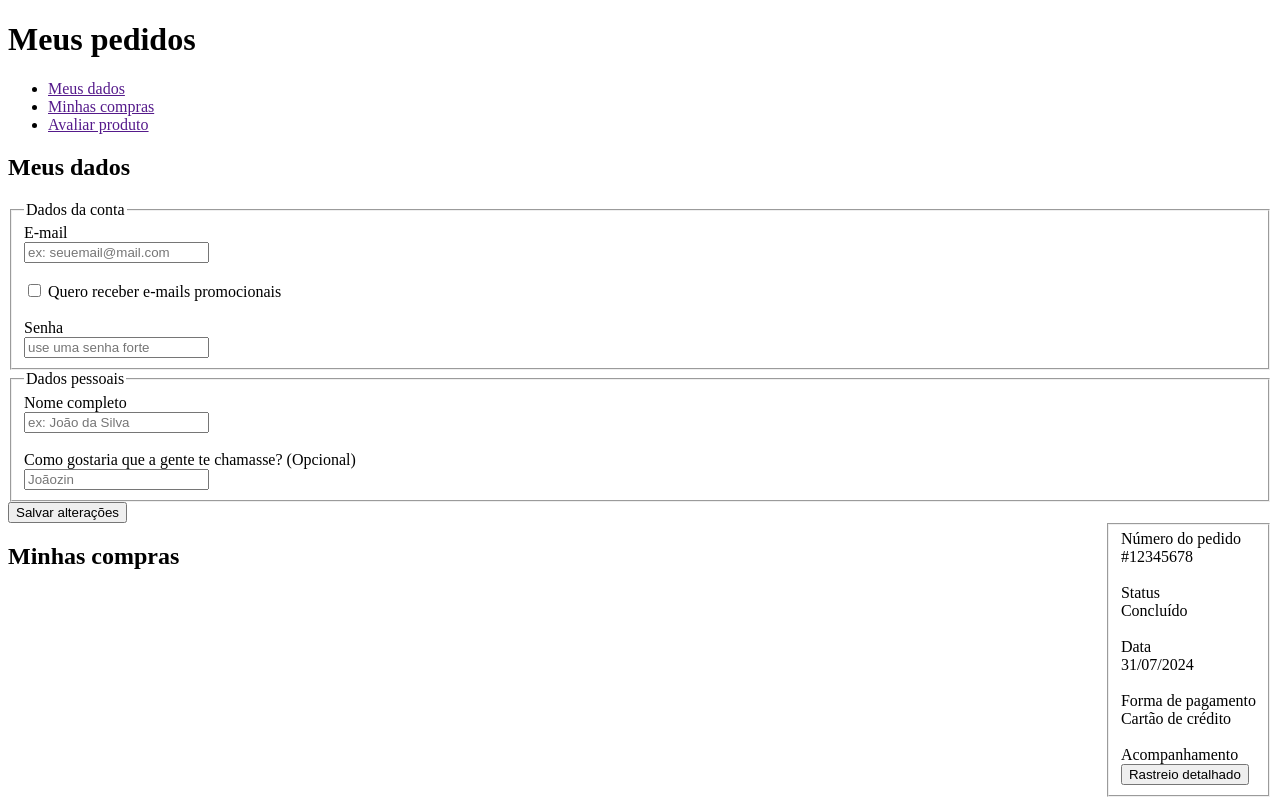
Repository: claudemir-camargo/site-compras
Page: index.html
The author's editor kept a copy of each file at every save. The page is drawn from the files as they stood at one save, then again after the next save.
The browser window is 1280 px wide. The pictures show the whole page.

Above is the page before, as saved 2024-03-03 14:10:54.

### index.html
<!DOCTYPE html>
<html lang="en">
<head>
    <meta charset="UTF-8">
    <meta name="viewport" content="width=device-width, initial-scale=1.0">
    <link rel="stylesheet" type="text/css" href="css/style.css"/>
    <title>Site de Compras</title>
</head>
<body>
    <h1>Meus pedidos</h1>
    <ul>
        <li><a href="">Meus dados</a></li>
        <li><a href="">Minhas compras</a></li>
        <li><a href="">Avaliar produto</a></li>
    </ul>
    <h2>Meus dados</h2>
    <!-- Conta -->
    <fieldset>
        <legend>Dados da conta</legend>
        <form>
            <label>E-mail</label><br>
            <input type="email" id="email" name="email" placeholder="ex: seuemail@mail.com"><br><br>
            <input type="checkbox">
            <label>Quero receber e-mails promocionais</label><br><br>
            <label>Senha</label><br>
            <input type="password" placeholder="use uma senha forte">
        </form>
    </fieldset>
    <!-- Pessoais -->
    <fieldset>
        <legend>Dados pessoais</legend>
        <form>
            <label>Nome completo</label><br>
            <input type="text" placeholder="ex: João da Silva"><br><br>
            <label>Como gostaria que a gente te chamasse? (Opcional) </label><br>
            <input type="text" placeholder="Joãozin">
        </form>
    </fieldset>
    <button type="button">Salvar alterações</button>
    <!-- MInhas compras -->
    <div class="container">
        <h2>Minhas compras</h2>
        <fieldset>
            Número do pedido<br>
            #12345678<br><br>
            Status<br>
            Concluído<br><br>
            Data<br>
            31/07/2024<br><br>
            Forma de pagamento<br>
            Cartão de crédito<br><br>
            Acompanhamento<br>
            <button>Rastreio detalhado</button>
            </fieldset>
    </div>



</body>
</html>

### css/style.css
.container {
    display: flex;
    flex-direction: row;
    justify-content: space-between;
}

After the next save:
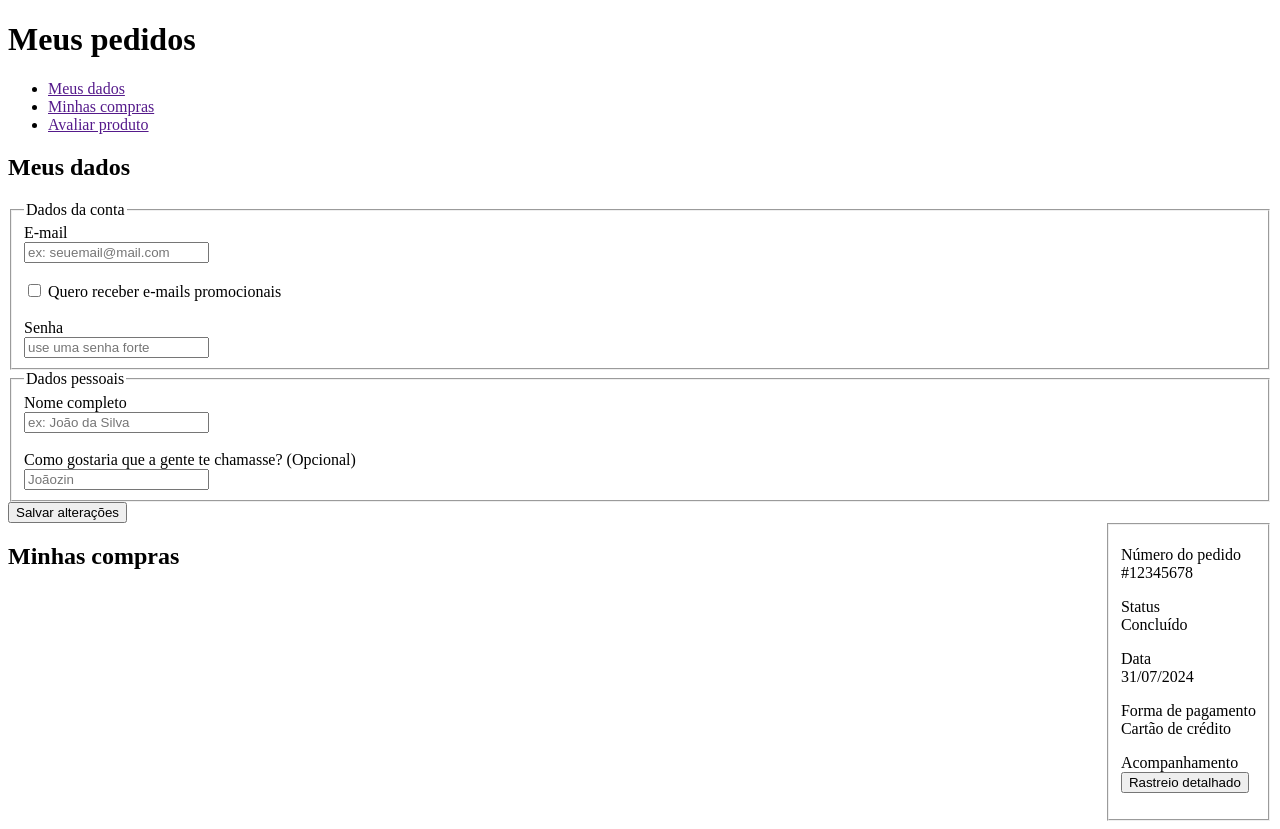
Saved 87 s later.
--- a/index.html
+++ b/index.html
@@ -41,20 +41,13 @@
     <div class="container">
         <h2>Minhas compras</h2>
         <fieldset>
-            Número do pedido<br>
-            #12345678<br><br>
-            Status<br>
-            Concluído<br><br>
-            Data<br>
-            31/07/2024<br><br>
-            Forma de pagamento<br>
-            Cartão de crédito<br><br>
-            Acompanhamento<br>
-            <button>Rastreio detalhado</button>
-            </fieldset>
+            <p>Número do pedido<br>#12345678</p>
+            <p>Status<br>Concluído</p>
+            <p>Data<br>31/07/2024</p>
+            <p>Forma de pagamento<br>Cartão de crédito</p>
+            <p>Acompanhamento<br><button>Rastreio detalhado</button></p>
+        </fieldset>
     </div>
-
-
 
 </body>
 </html>
